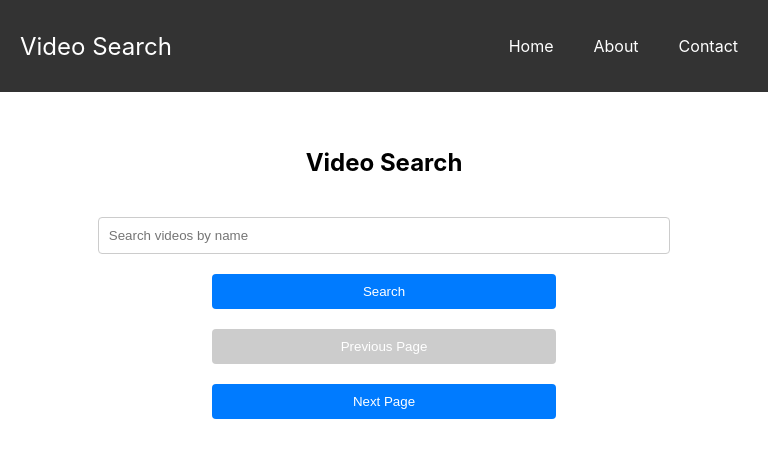
Repository: LolaSL/video-search
Page: /
An editor plug-in stored every save of this project. The page is shown before and after a run of saves, followed by the edit.
The browser window is 768 px wide. The pictures show the whole page.
The project was rebuilt for these pictures with package versions that can differ from the ones it lists, and the page was loaded fresh each time.

Above is the page before, as saved 2023-08-12 13:35:06.

After the next 2 saves:
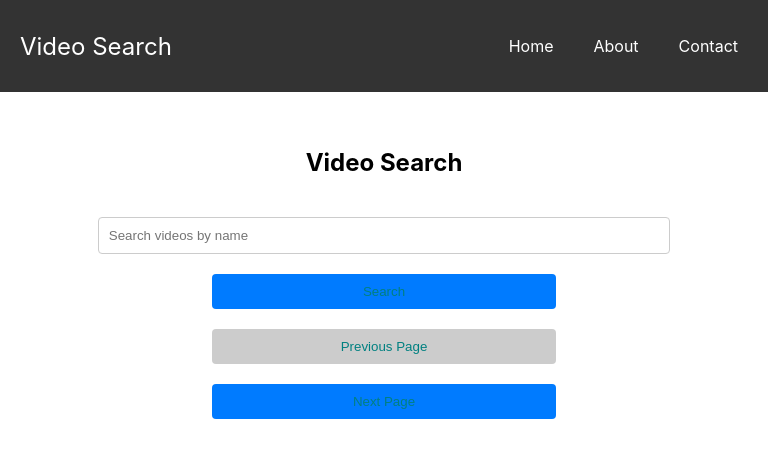
The 2 saves are shown as one change because they came seconds apart.
The last was saved 5 s later.
--- a/src/App.css
+++ b/src/App.css
@@ -128,7 +128,7 @@
   button {
     width: 50%;
     margin-bottom: 10px;
-    color:
+    color: teal;
   }
 
   .video-item {

After the 4 saves that followed:
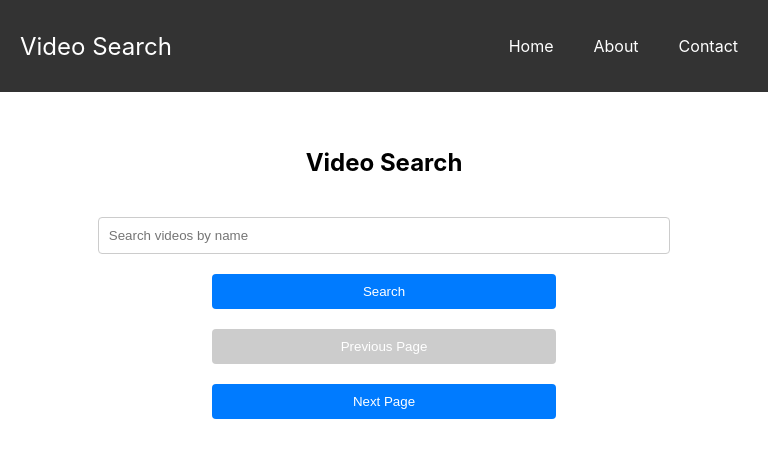
The 4 saves are shown as one change because they came seconds apart.
The last was saved 24 s later.
--- a/src/App.css
+++ b/src/App.css
@@ -128,7 +128,8 @@
   button {
     width: 50%;
     margin-bottom: 10px;
-    color: teal;
+    color: white;
+    backgroung:
   }
 
   .video-item {
